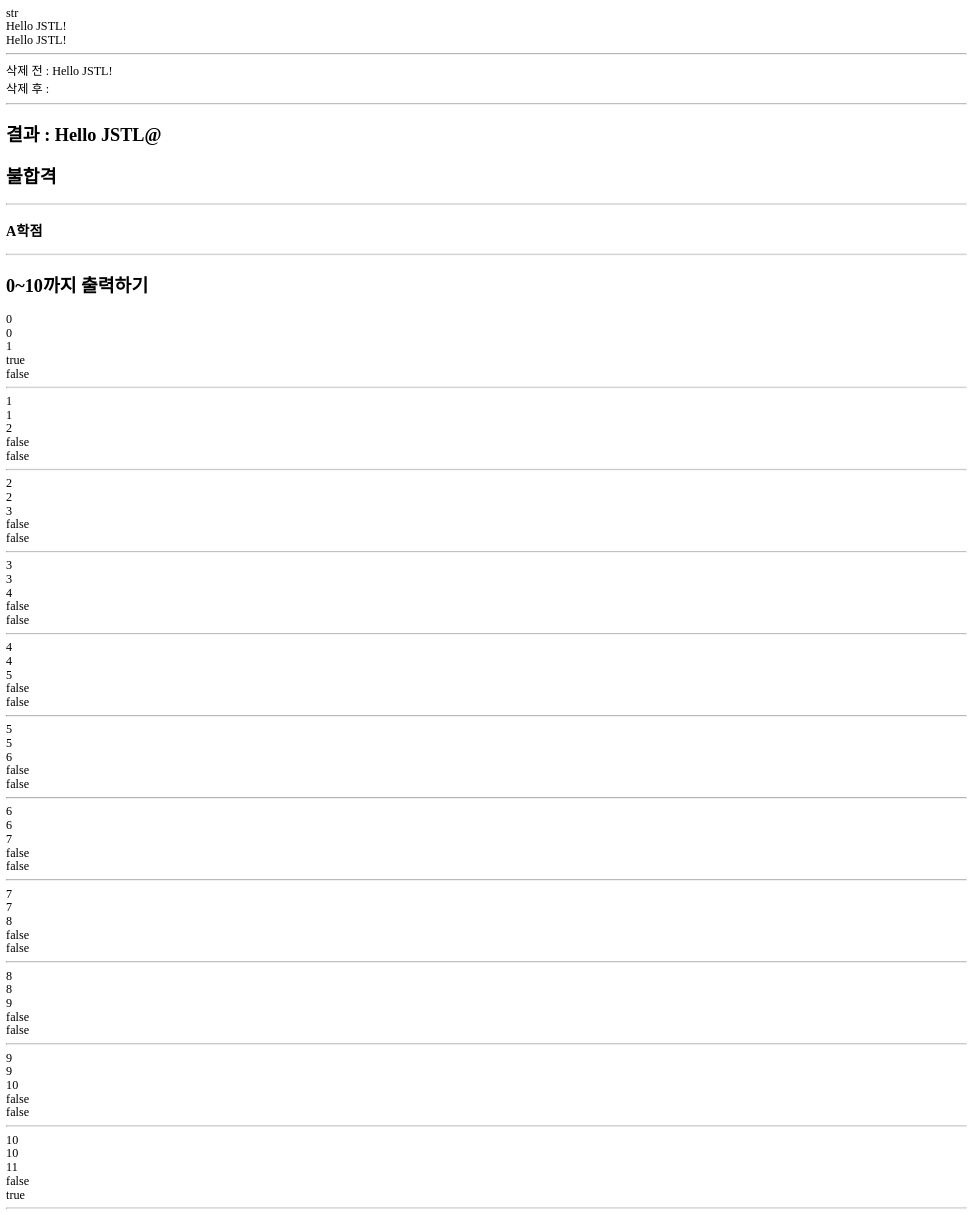
Repository: wjsjsn/23_jspstudy
Page: http://localhost/02_jsp/view/ex13_JSTL.jsp
The author's editor kept a copy of each file at every save. The page is drawn from the files as they stood at one save, then again after the next save.
The browser window is 1280 px wide. The pictures show the whole page, at 76% of full size.
The page is served by Tomcat 9. Other server files are loaded and not shown.

Above is the page before, as saved 2023-07-06 01:01:24.

### 02_jsp/src/main/webapp/view/ex13_JSTL.jsp
<%@ page language="java" contentType="text/html; charset=UTF-8"
    pageEncoding="UTF-8"%>
    <%@ taglib prefix="c" uri="http://java.sun.com/jsp/jstl/core" %>
    <%@ taglib prefix="fmt" uri="http://java.sun.com/jsp/jstl/fmt" %>
<!DOCTYPE html>
<html>
<head>
<meta charset="UTF-8">
<title>JSTL : JSP 표준 태그 라이브러리</title>
</head>
<body>
<%--
	1. 라이브러리 다운 받아서 해당 프로젝트에 넣기(tomcat.apache.org)
	2. 다운받은 라이브러리를 WEB-INF 안에 lib 폴더 안에 넣기
	3. 지시어 중 taglib를 선언하고 정의하기
	  <%@ taglib prefix="c" uri="http://java.sun.com/jsp/jstl/core" %>
      <%@ taglib prefix="fmt" uri="http://java.sun.com/jsp/jstl/fmt" %>
      - core(코어) : <c: 명령어>
      - fmt(국제화 = 숫자, 날짜) : <fmt: 명령어>
 --%>

 <%-- 변수 생성 및 데이터 저장 : 기본이 pageContext에 저장됨 --%>
 <%-- 변수 생성(set) => <c:set var="변수 명" value="데이터" /> --%>
 <c:set var="str" value="Hello JSTL!" />

 <%-- 변수 출력(out) => <c:out value="출력할 내용 또는 EL 표시(변수값 출력)" /> --%>
 <c:out value=" str" /><br>
 <c:out value="${str}" /><br>
 ${str}<br>
<hr>

삭제 전 : ${str}<br>
<%-- EL 사용하는 거 아님(value값이 아니라서) --%>
<c:remove var="str"/>
삭제 후 : ${str}<br>
<hr>

<%--
	if문 : esle문이 없음
	       조건식이 참일 때만 실행
            <c:if test="조건식(관계연산, 비교연산 => EL 방식으로 작성)" var="변수">
            	조건식이 참일 때 실행할 내용
            </c:if>
 --%>
<c:if test="${4>3}">
	<h2> 결과 : Hello JSTL@</h2>
</c:if>

<%-- avg가 80 이상이면 합격 --%>
<c:set var="avg" value="79"></c:set>
<c:if test="${avg >= 80}">
	<h2>합격</h2>
</c:if>
<c:if test="${avg < 80}">
	<h2>불합격</h2>
</c:if>
<hr>

<%--
	if문은 esle가 없어서 불편할 때가 있음
	이것을 대신하는 것이 choose문
	switch문과 비슷
	 <c:choose >
	 	<c:when test="조건식(관계연산, 비교연산) => EL 방식으로 작성">참일 때 실행</c:when>
	 	<c:when test="조건식(관계연산, 비교연산) => EL 방식으로 작성">참일 때 실행</c:when>
	 	<c:when test="조건식(관계연산, 비교연산) => EL 방식으로 작성">참일 때 실행</c:when>
	 	<c:when test="조건식(관계연산, 비교연산) => EL 방식으로 작성">참일 때 실행</c:when>
	 	<c:otherwise>
	 		나머지(위의 모든 조건이 아닐 때)실행
	 	</c:otherwise>
	 </c:choose>
 --%>
 	<%--
 		avg2의 점수가 90점 이상이면 A학점, 80점 이상이면 B학점, 70점 이상이면 C학점
 		나머지는 F학점
 	 --%>
 	<c:set var="avg2" value="93" />
 	<h3>
 	<c:choose>
 		<c:when test="${avg2 >= 90 }">A학점</c:when>
 		<c:when test="${avg2 >= 80 }">B학점</c:when>
 		<c:when test="${avg2 >= 70 }">C학점</c:when>
 		<c:otherwise>F학점</c:otherwise>
 	</c:choose>
 	</h3>
 	<hr>
 	<%--
 		for문
 		1. 일반적인 for문
		 	 <c:forEach begin="시작값" end="끝값" step="증가/감소 단계"
		 		 var="변수 이름" varStatus="변수 상태값(index값)">
		 	 			반복 내용 ${변수 이름}
		 	 </c:forEach>

 	 2. 개선된 for문
		 	 <c:forEach var="변수 이름" items="${배열 또는 컬렉션}" varStatus="변수 상태값(index값)">
		 	 		반복 내용 ${변수 이름}
		 	 </c:forEach>
 	 --%>

 	 <h2>0~10까지 출력하기</h2>
 	 <c:forEach begin="0" end="10" step="1" var="k" varStatus="vs">
 	 		${k} &nbsp;&nbsp;&nbsp; <br>
 	 		${vs.index} &nbsp;&nbsp;&nbsp; <br>
 	 		${vs.count} &nbsp;&nbsp;&nbsp; <br>
 	 		${vs.first} &nbsp;&nbsp;&nbsp; <br>
 	 		${vs.last} &nbsp;&nbsp;&nbsp; <br>
 	 		<hr>
 	 </c:forEach>
</body>
</html>

After the next save:
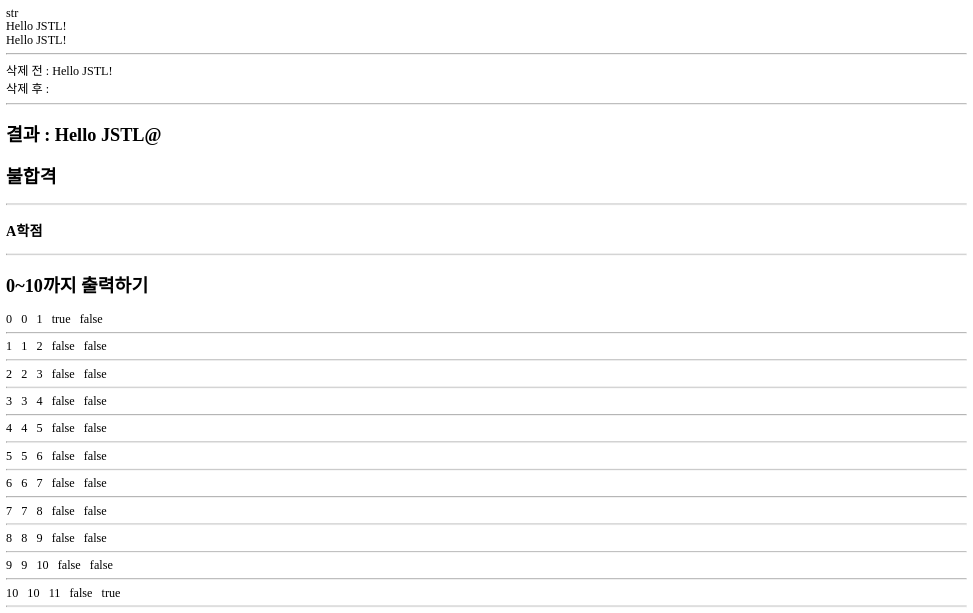
Saved 58 s later.
--- a/02_jsp/src/main/webapp/view/ex13_JSTL.jsp
+++ b/02_jsp/src/main/webapp/view/ex13_JSTL.jsp
@@ -100,11 +100,7 @@
 
  	 <h2>0~10까지 출력하기</h2>
  	 <c:forEach begin="0" end="10" step="1" var="k" varStatus="vs">
- 	 		${k} &nbsp;&nbsp;&nbsp; <br>
- 	 		${vs.index} &nbsp;&nbsp;&nbsp; <br>
- 	 		${vs.count} &nbsp;&nbsp;&nbsp; <br>
- 	 		${vs.first} &nbsp;&nbsp;&nbsp; <br>
- 	 		${vs.last} &nbsp;&nbsp;&nbsp; <br>
+ 	 		${k} &nbsp;&nbsp;${vs.index} &nbsp;&nbsp;${vs.count} &nbsp;&nbsp;${vs.first} &nbsp;&nbsp;${vs.last} &nbsp;&nbsp; <br>
  	 		<hr>
  	 </c:forEach>
 </body>
